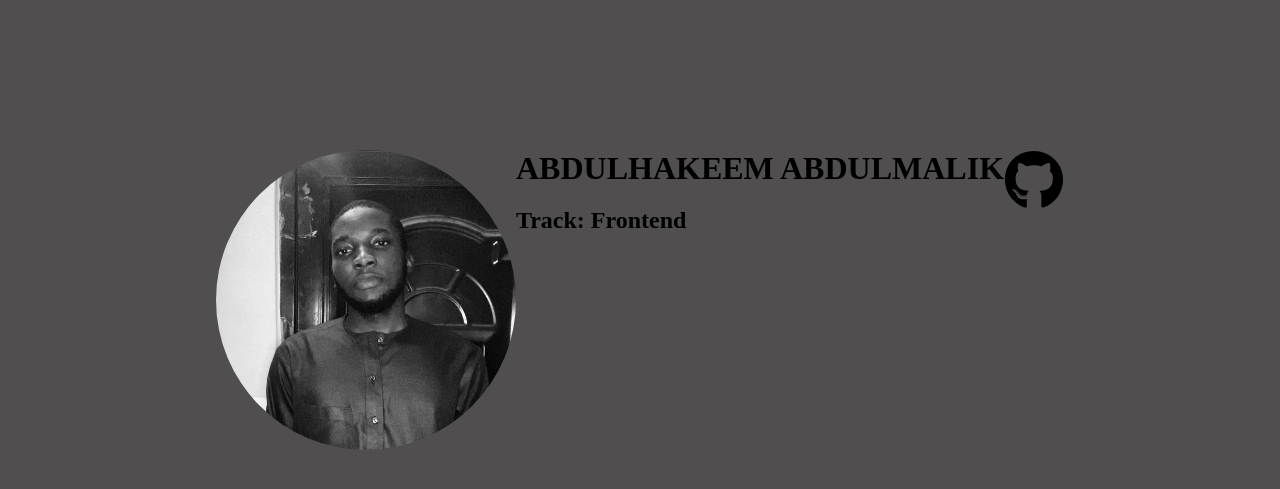
Repository: malikhakeem/HNG-TASK
Page: HNG-TASK1.html
The author's editor kept a copy of each file at every save. The page is drawn from the files as they stood at one save, then again after the next save.
The browser window is 1280 px wide. The pictures show the whole page.

Above is the page before, as saved 2023-09-08 21:58:02.

### HNG-TASK1.html
<!DOCTYPE html>
<html lang="en">

<head>
    <meta charset="UTF-8">
    <meta name="viewport" content="width=device-width, initial-scale=1.0">

    <link rel="stylesheet" href="./HNG-TASK!.css">
    <title>HNG</title>
</head>

<body>
    <div class="body">
        <div class="nav">
            <div class="nav-left"><img data-testId="slackDisplayImage" class="profile-pic" src="./pic/kim.jpg"alt="Malik" /></div>
            <div class="nav-mid">
                <div class="slack-name">
                    <h1>ABDULHAKEEM ABDULMALIK</h1>
                </div>
                <div data-testId="myTrack"class="track">
                    <h2>Track: Frontend</h2>
                </div>
            </div>
            <div data-testId="slackUserName" class="nav-right">
                <a href="link address"><img src="./pic//github.svg" width="60" height="60"></a>
            </div>

        </div>
    </div>

</body>

</html>

### HNG-TASK!.css
*{
    padding:0px;
    margin:0px;

}

.profile-pic{
    width:300px;
    height:300px;
    border-radius: 50%;
}
.nav{
    display:flex;

    justify-content: space-between;
    padding: 150px 100px 0px 100px;
}

.track{
    padding-top: 20px;
}

body{
    display:flex;
 justify-content: center;
    align-items:center;
    background-color:rgb(80, 78, 78);
}

After the next save:
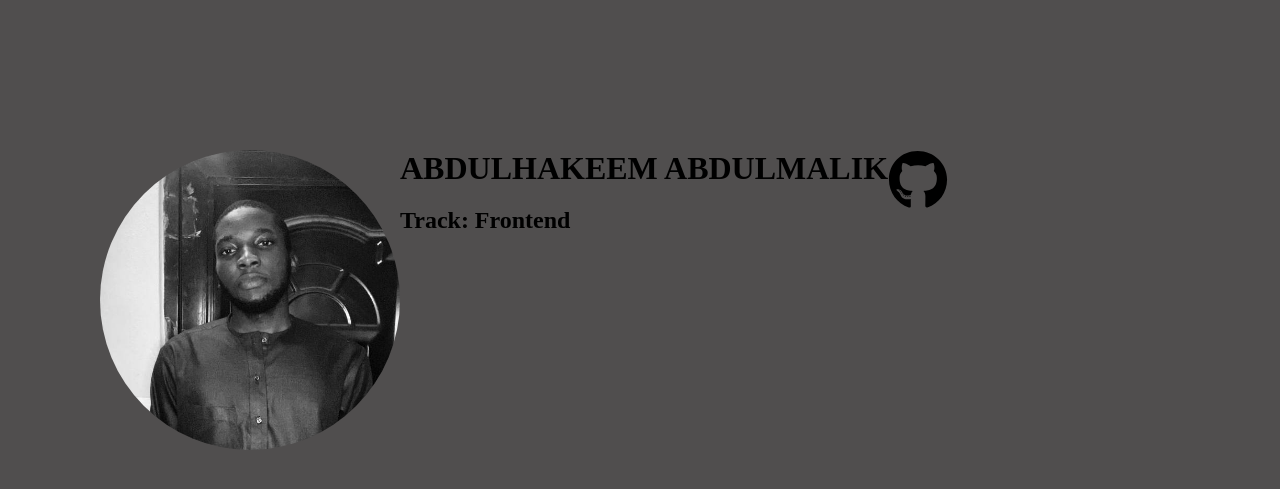
Saved 21 s later.
--- a/HNG-TASK!.css
+++ b/HNG-TASK!.css
@@ -22,7 +22,7 @@
 
 body{
     display:flex;
- justify-content: center;
+ /* justify-content: center; */
     align-items:center;
     background-color:rgb(80, 78, 78);
 }

After the 2 saves that followed:
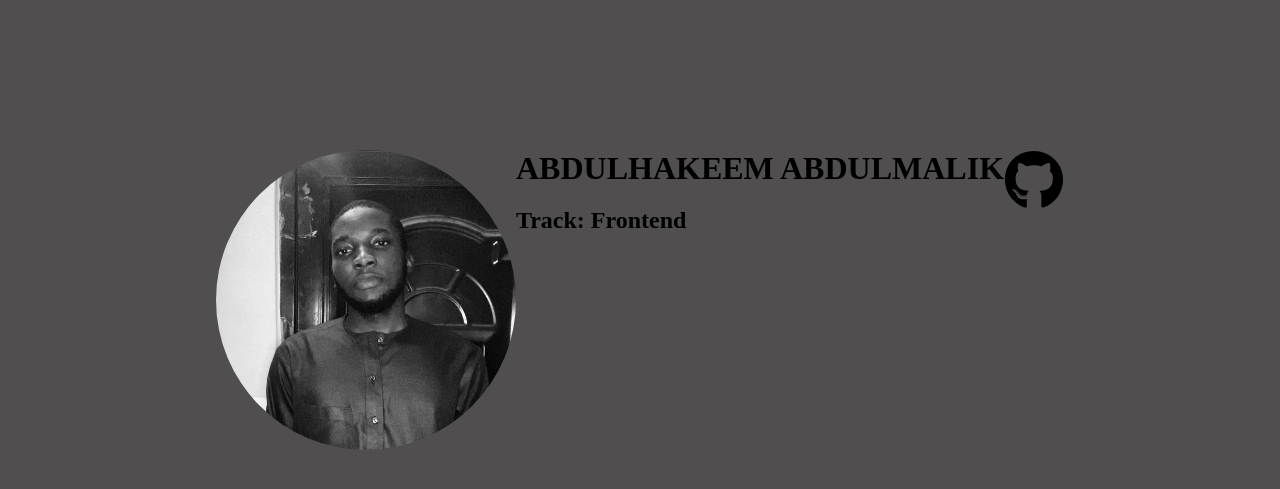
The 2 saves are shown as one change because they came seconds apart.
The last was saved 14 s later.
--- a/HNG-TASK!.css
+++ b/HNG-TASK!.css
@@ -22,7 +22,7 @@
 
 body{
     display:flex;
- /* justify-content: center; */
-    align-items:center;
+ justify-content: center;
+    /* align-items:center; */
     background-color:rgb(80, 78, 78);
 }
